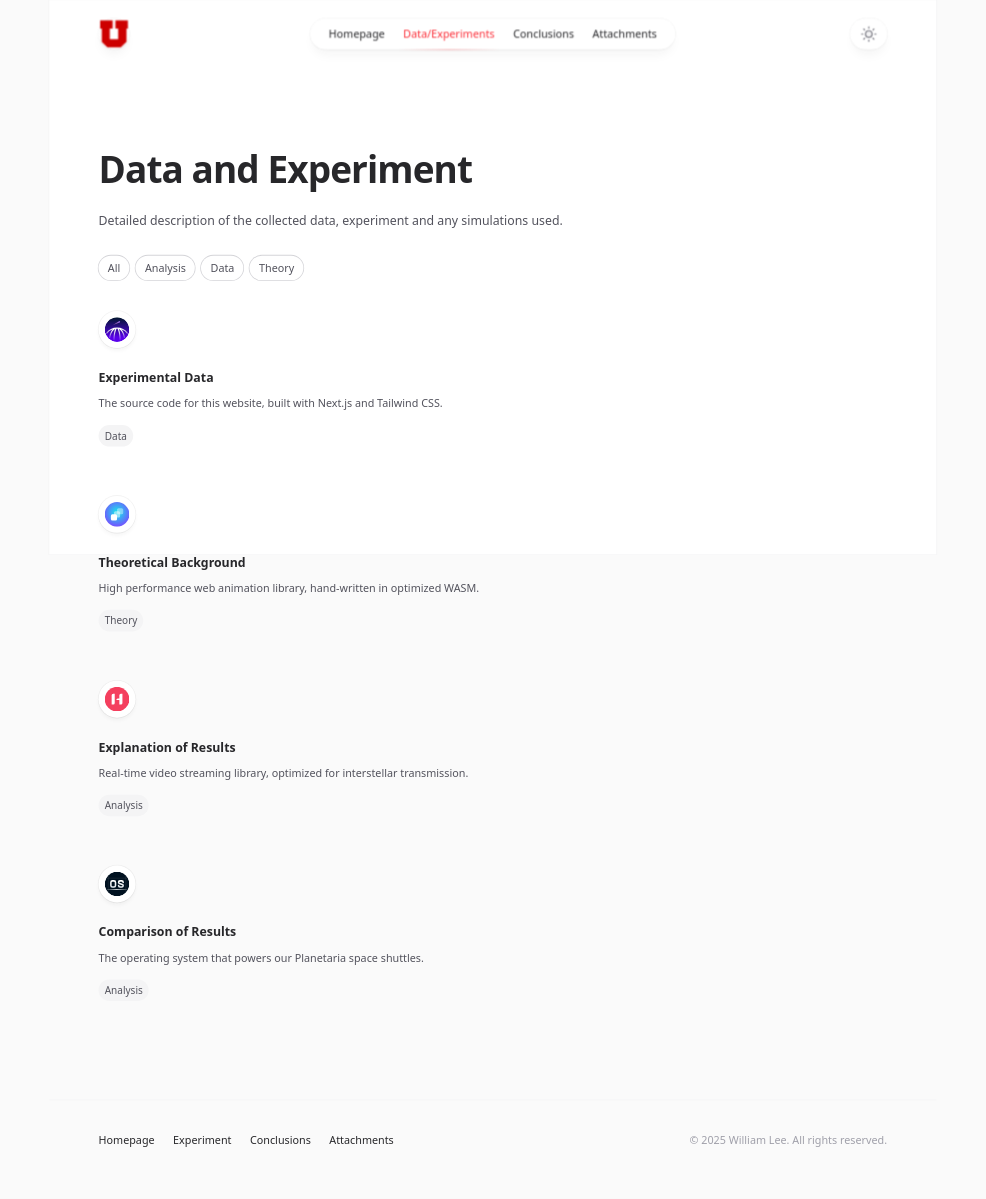
Repository: willwlee/chen3701
Page: /projects
These files come from the project's save history. The page is drawn as it stood at one moment and after the next save; the edit follows.
The browser window is 1280 px wide. The pictures show the whole page, at 77% of full size.
The page's requests for data from a server got no answer. The project was rebuilt for these pictures with package versions that can differ from the ones it lists, and the page was loaded fresh each time. The framework's server and built-in components were replaced by stand-ins that run in the browser. No one was signed in, and anything a server would have sent is missing. Also part of the build but not shown: next.config.mjs.

Above is the page before, as saved 2025-09-15 18:56:30.

After the next save:
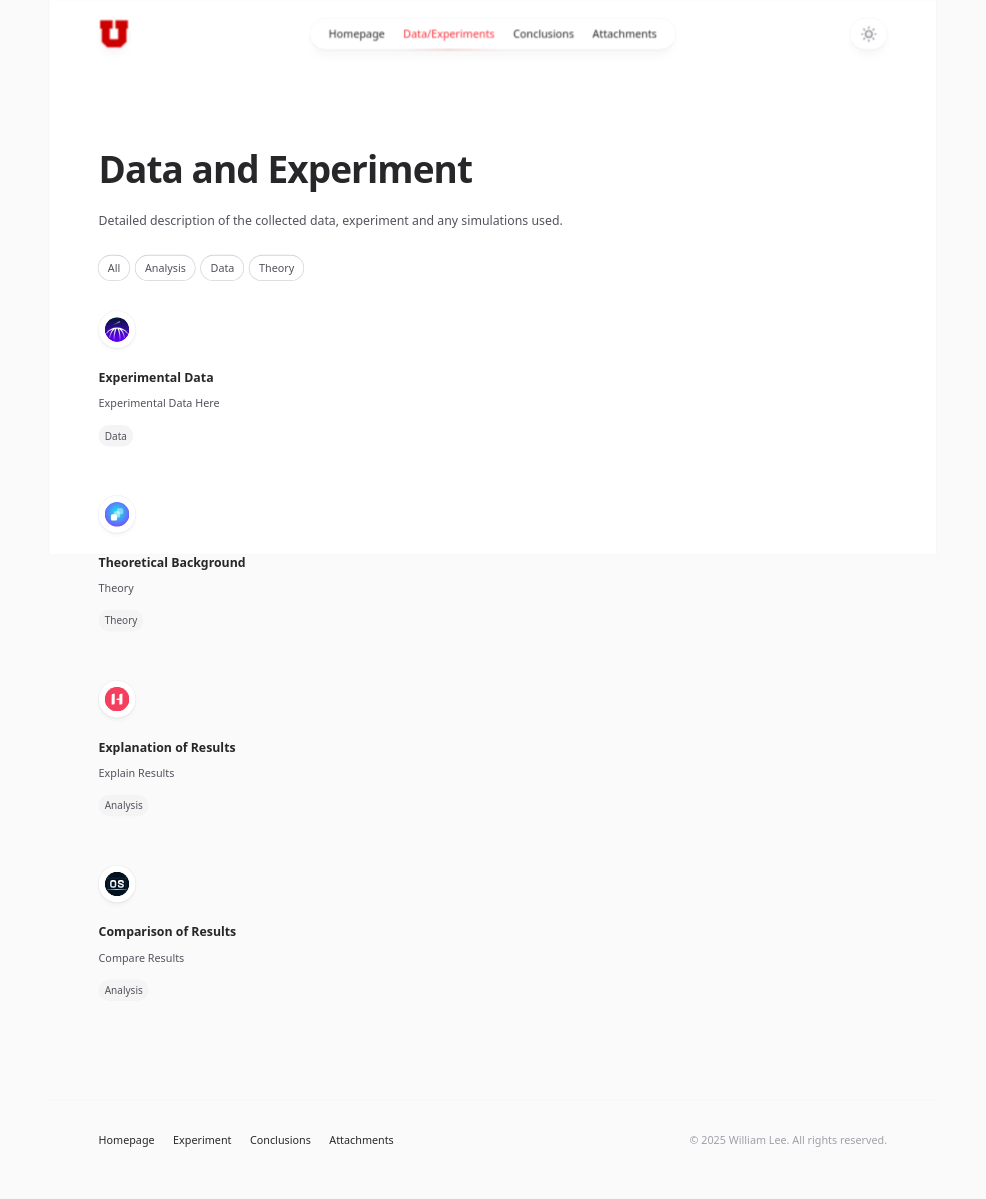
Saved 66 s later.
--- a/src/app/projects/page.tsx
+++ b/src/app/projects/page.tsx
@@ -26,27 +26,27 @@ const projects: Project[] = [
   {
     name: 'Experimental Data',
     description:
-      'The source code for this website, built with Next.js and Tailwind CSS.',
+      'Experimental Data Here',
     logo: logoPlanetaria,
     tags: ['Data'],
   },
   {
     name: 'Theoretical Background',
     description:
-      'High performance web animation library, hand-written in optimized WASM.',
+      'Theory',
     logo: logoAnimaginary,
     tags: ['Theory'],
   },
   {
     name: 'Explanation of Results',
     description:
-      'Real-time video streaming library, optimized for interstellar transmission.',
+      'Explain Results',
     logo: logoHelioStream,
     tags: ['Analysis'],
   },
   {
     name: 'Comparison of Results',
-    description: 'The operating system that powers our Planetaria space shuttles.',
+    description: 'Compare Results',
     logo: logoCosmos,
     tags: ['Analysis'],
   },
